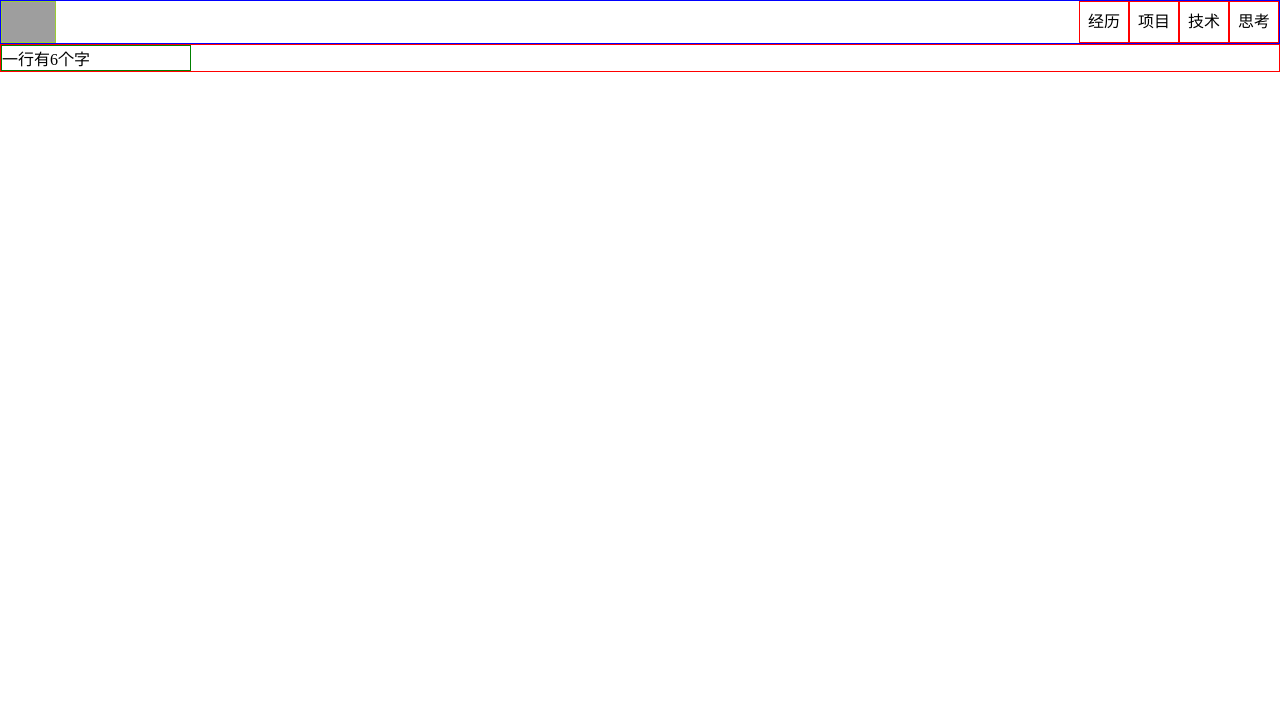
Repository: Lixianlai-2/Css-practice
Page: index.html
An editor plug-in stored every save of this project. The page is shown before and after the next save, followed by the edit.
The browser window is 1280 px wide. The pictures show the whole page.
Pictures or frames that could not be fetched are drawn as grey boxes.

Above is the page before, as saved 2021-12-03 10:22:44.

### index.html
<!DOCTYPE html>
<html>
  <head>
    <meta charset="utf-8" />
    <link rel="stylesheet" href="style.css" />
    <title>float浮动</title>
  </head>

  <body>
    <header class="clearfix">
      <div class="logo">
        <img
          src="https://avatars.githubusercontent.com/u/23273345?v=4"
          alt="头像"
        />
      </div>
      <ul class="clearfix">
        <li>经历</li>
        <li>项目</li>
        <li>技术</li>
        <li>思考</li>
      </ul>
    </header>
    <div class="content">
      <aside>一行有6个字</aside>
      <main></main>
      <div class="ad"></div>
    </div>
  </body>
</html>

### style.css
* {
  margin: 0;
  padding: 0;
  box-sizing: border-box;
}

img {
  max-width: 100%;
}

.clearfix::after {
  content: "";
  display: block;
  clear: both;
}

header {
  border: 1px solid blue;
}

ul,
ol {
  list-style: none;
}

.logo {
  display: inline-block;
  border: 1px solid yellowgreen;
  float: left;
}
.logo > img {
  height: 40px;
  vertical-align: middle;
}

ul > li {
  border: 1px solid red;
  line-height: 32px;
  float: left;
  padding: 4px 0.5em;
}
ul {
  /* 必须让其浮动，也让logo浮动，才能让其父容器完全贴合 */
  float: right;
}

.content {
  border: 1px solid red;
}

.content > aside {
  width: 190px;
  border: 1px solid green;
}

After the next save:
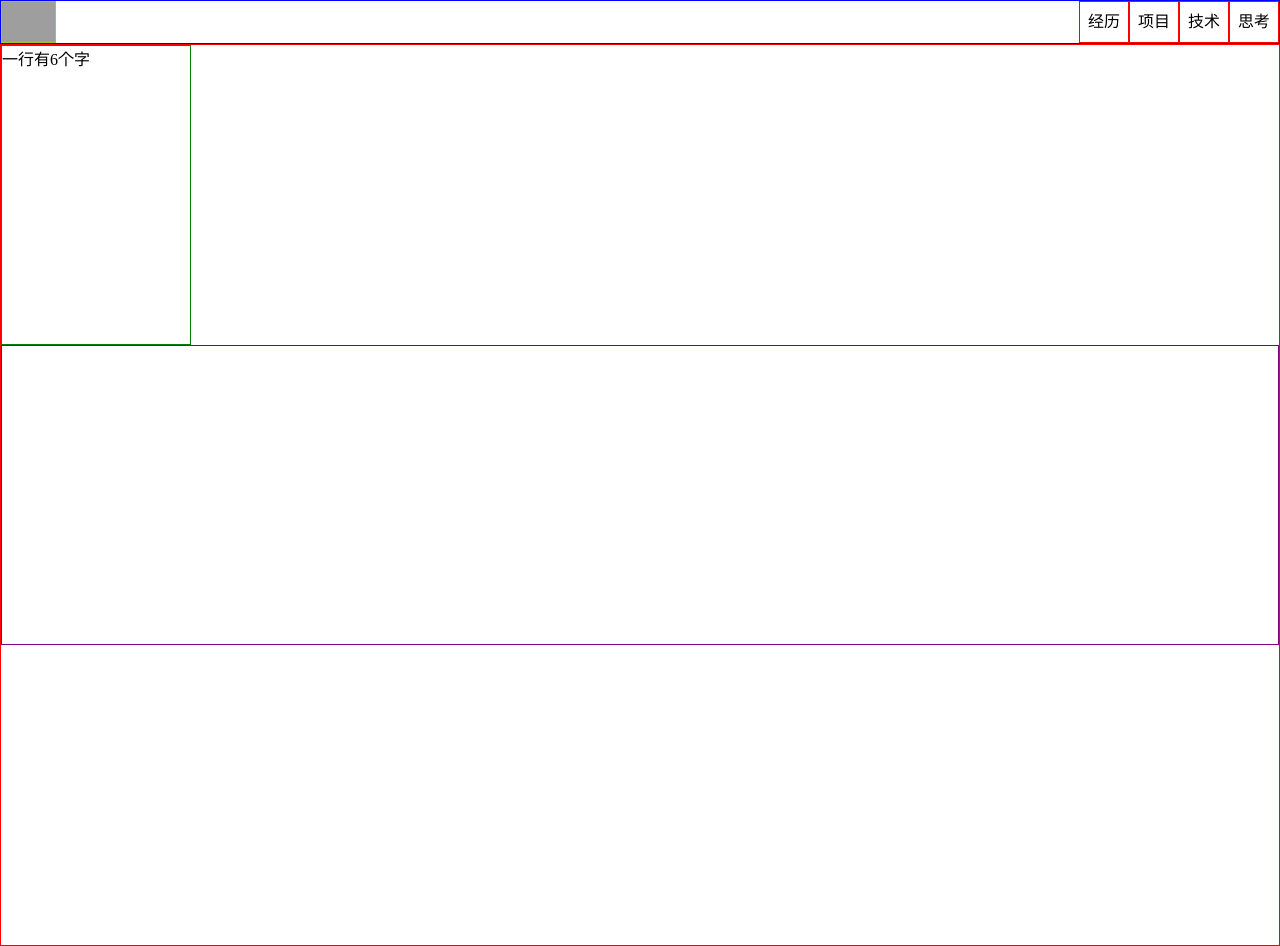
Saved 95 s later.
--- a/style.css
+++ b/style.css
@@ -51,4 +51,15 @@ ul {
 .content > aside {
   width: 190px;
   border: 1px solid green;
+  height: 300px;
 }
+
+.content > main {
+  border: 1px solid purple;
+  height: 300px;
+}
+
+.content > .ad {
+  width: 110px;
+  height: 300px;
+}
